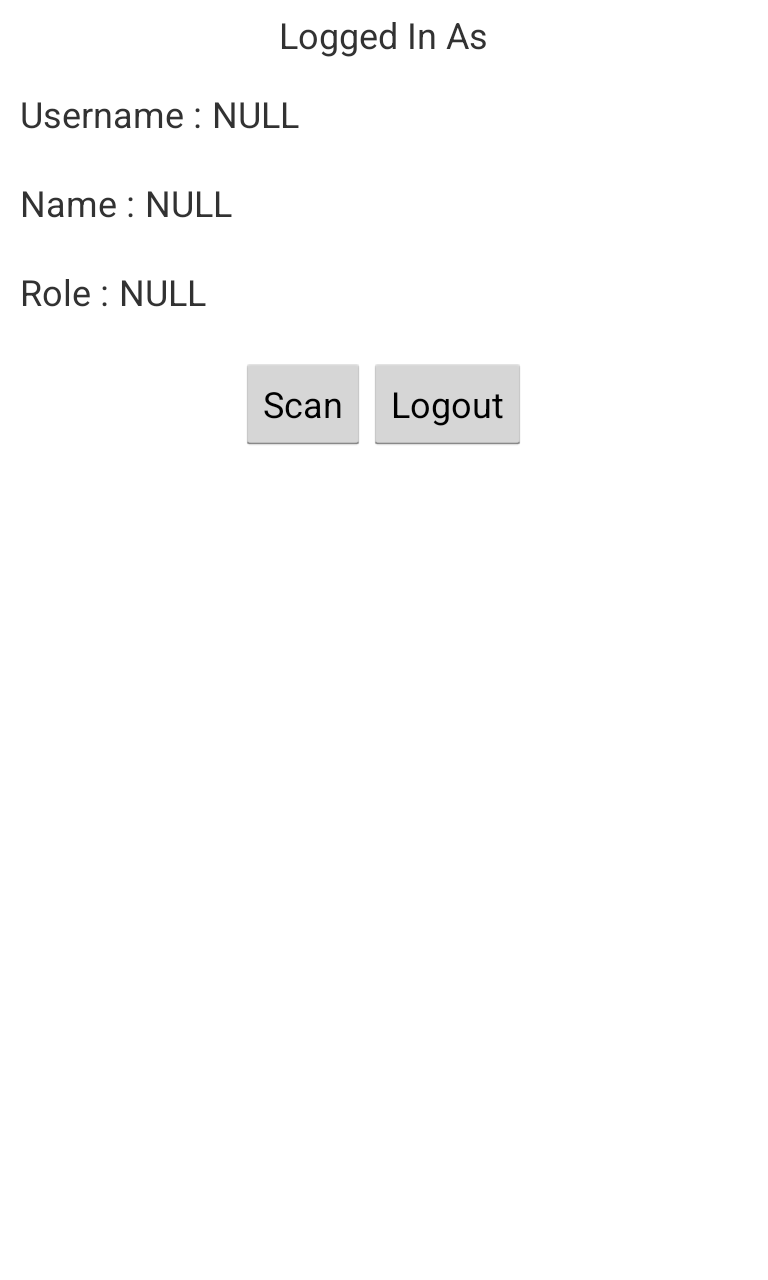
Repository: LennoxAlexion/UID
Layout: Android App/Uid-Project/res/layout/activity_sec_page.xml
The author's editor kept a copy of each file at every save. The layout is drawn from the files as they stood at one save, then again after the next save.
It is drawn on a 768 x 1280 px phone screen (xhdpi) without system bars, with theme AppTheme; the app's code is not run.

Above is the layout before, as saved 2015-03-29 06:18:26.

After the next save:
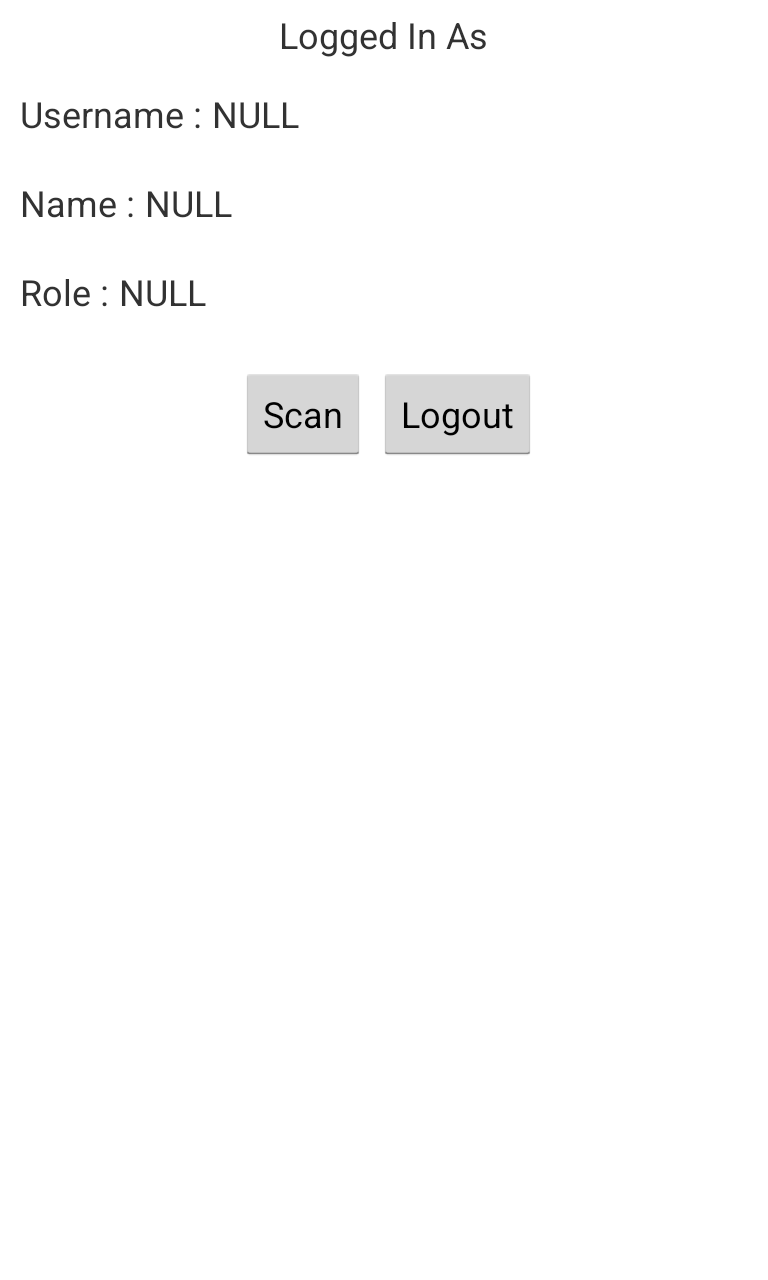
Saved 81 s later.
--- a/Android App/Uid-Project/res/layout/activity_sec_page.xml
+++ b/Android App/Uid-Project/res/layout/activity_sec_page.xml
@@ -91,7 +91,8 @@
         android:id="@+id/Button_Sec_Page_Scan"
         android:layout_width="wrap_content"
         android:layout_height="wrap_content"
-        android:text="Scan" />
+        android:text="Scan"
+        android:layout_margin="5dp"/>
 
     <Button
         android:id="@+id/Button_Logout"
